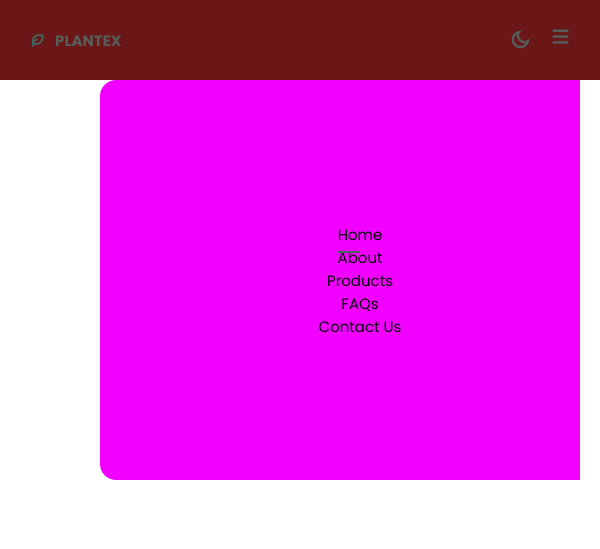
Repository: OmniaRafat232111121/plantwebsite
Page: index.html
The author's editor kept a copy of each file at every save. The page is drawn from the files as they stood at one save, then again after a run of saves.
The browser window is 600 px wide. The pictures show the whole page.
After loading, the first visible `#navToggle` was clicked once.

Above is the page before, as saved 2023-01-04 15:40:57.

After the next 3 saves:
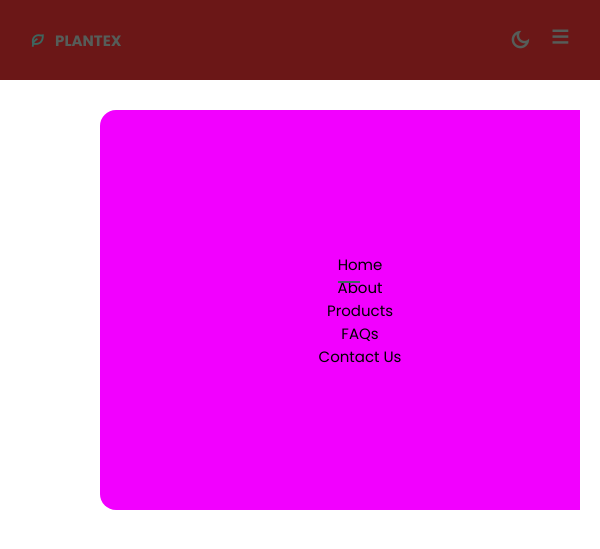
The 3 saves are shown as one change because they came seconds apart.
The last was saved 42 s later.
--- a/assets/css/styles.css
+++ b/assets/css/styles.css
@@ -233,7 +233,7 @@ display: none;
     flex-direction: column;
   justify-content: center;
   align-items: center;
-  padding: 30px;
+  margin-top: 30px;
 
 
 
